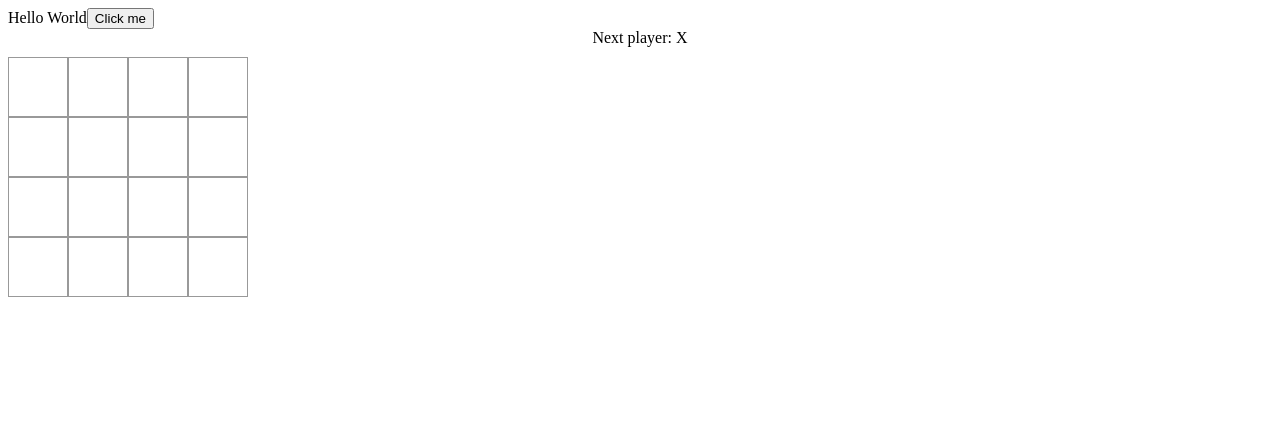
Repository: BrightProgrammer7/.cursor-tutor
Page: / (app in projects/javascript/)
The author's editor kept a copy of each file at every save. The page is drawn from the files as they stood at one save, then again after a run of saves.
The browser window is 1280 px wide. The pictures show the whole page.
The project was rebuilt for these pictures with package versions that can differ from the ones it lists, and the page was loaded fresh each time.

Above is the page before, as saved 2024-07-06 20:00:58.

After the next 5 saves:
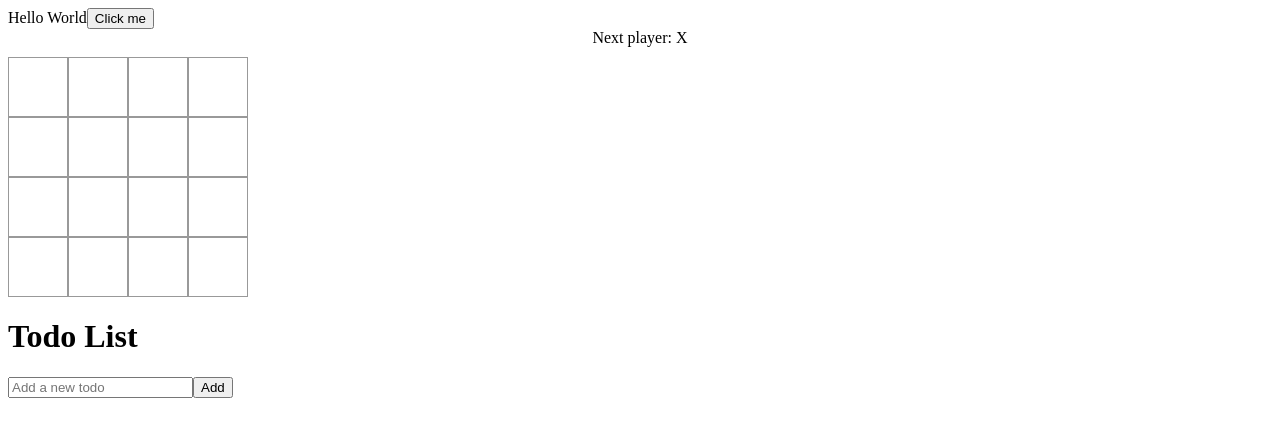
The 5 saves are shown as one change because 2 did not build or start and some came seconds apart.
The last was saved 12 min 28 s later.
--- a/projects/javascript/src/index.js
+++ b/projects/javascript/src/index.js
@@ -18,6 +18,7 @@ Step 4: To try out cursor on your own projects, go to the file menu (top left) a
 import React from 'react';
 import ReactDOM from 'react-dom/client';
 import TicTacToe from './TicTacToe'; // Import the TicTacToe component
+import TodoApp from './TodoApp'; // Import the TodoApp component
 
 function App() {
   return (
@@ -26,6 +27,7 @@ function App() {
         Hello World
         <button onClick={() => alert('Hello World')}>Click me</button>
         <TicTacToe /> {/* Add the TicTacToe component */}
+        <TodoApp /> {/* Add the TodoApp component */}
       </header>
     </div>
   );
--- a/projects/javascript/src/TodoApp.js
+++ b/projects/javascript/src/TodoApp.js
@@ -1,18 +1,12 @@
 import React, { useState } from 'react';
 
-interface Todo {
-  id: number;
-  text: string;
-  completed: boolean;
-}
-
-const TodoApp: React.FC = () => {
-  const [todos, setTodos] = useState<Todo[]>([]);
-  const [newTodo, setNewTodo] = useState<string>('');
+const TodoApp = () => {
+  const [todos, setTodos] = useState([]);
+  const [newTodo, setNewTodo] = useState('');
 
   const addTodo = () => {
     if (newTodo.trim() === '') return;
-    const newTodoItem: Todo = {
+    const newTodoItem = {
       id: Date.now(),
       text: newTodo,
       completed: false,
@@ -21,7 +15,7 @@ const TodoApp: React.FC = () => {
     setNewTodo('');
   };
 
-  const toggleTodo = (id: number) => {
+  const toggleTodo = (id) => {
     setTodos(
       todos.map(todo =>
         todo.id === id ? { ...todo, completed: !todo.completed } : todo
@@ -29,7 +23,7 @@ const TodoApp: React.FC = () => {
     );
   };
 
-  const deleteTodo = (id: number) => {
+  const deleteTodo = (id) => {
     setTodos(todos.filter(todo => todo.id !== id));
   };
 
